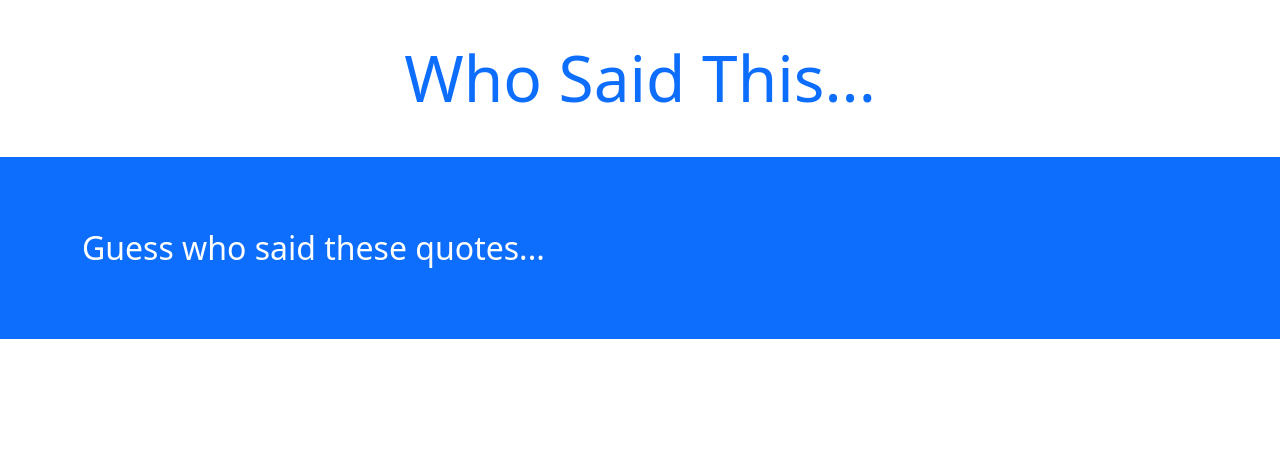
Repository: julihocc/netninja-quiz
Page: index.html
The author's editor kept a copy of each file at every save. The page is drawn from the files as they stood at one save, then again after a run of saves.
The browser window is 1280 px wide. The pictures show the whole page.

Above is the page before, as saved 2022-09-27 19:17:14.

### index.html
<!DOCTYPE html>
<html lang="en">

<head>
    <meta charset="UTF-8">
    <meta http-equiv="X-UA-Compatible" content="IE=edge">
    <meta name="viewport" content="width=device-width, initial-scale=1.0">

    <!-- CSS only -->
    <link href="https://cdn.jsdelivr.net/npm/bootstrap@5.2.1/dist/css/bootstrap.min.css" rel="stylesheet"
        integrity="sha384-iYQeCzEYFbKjA/T2uDLTpkwGzCiq6soy8tYaI1GyVh/UjpbCx/TYkiZhlZB6+fzT" crossorigin="anonymous">

    <title>Who Said It...</title>
</head>

<body>

    <div class="intro py-3 bg-white text-center">
        <div class="container">
            <h2 class="text-primary display-3 my-4">
                Who Said This...
            </h2>
        </div>
    </div>

    <div class="quiz py-4 bg-primary">
        <div class="container lead">
            <h2 class="my-5 text-white">
                Guess who said these quotes...
            </h2>
        </div>
    </div>

    <script src="app.js"></script>
</body>

</html>

Loaded but not shown: app.js (no stored copy; drawn as an empty file)

After the next 2 saves:
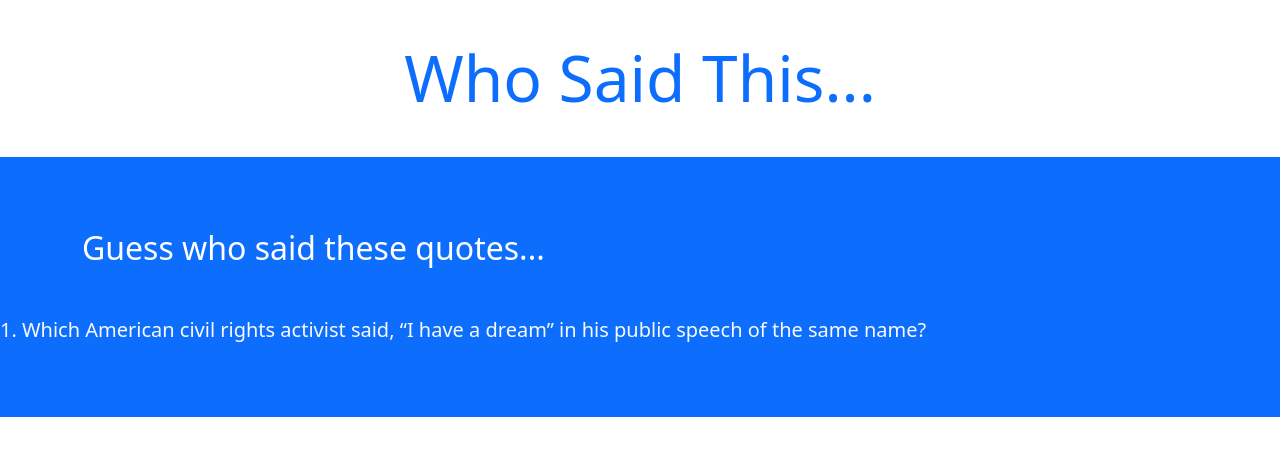
The 2 saves are shown as one change because they came seconds apart.
The last was saved 17 s later.
--- a/index.html
+++ b/index.html
@@ -29,6 +29,18 @@
                 Guess who said these quotes...
             </h2>
         </div>
+
+
+    <form class="quiz-form text-light">
+        <!-- question #1 -->
+        <div class="my-5">
+            <p class="lead font-weight-normal">
+                1. Which American civil rights activist said, “I have a dream” in his public speech of the same
+                name?
+            </p>
+        </div>
+    </form>
+
     </div>
 
     <script src="app.js"></script>
